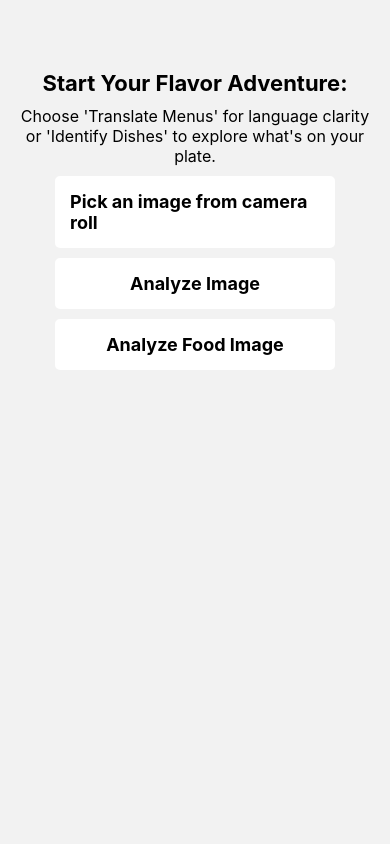
Repository: djdjdallas/taste-without-borders
Screen: /Home
An editor plug-in stored every save of this project. The screen is shown before and after the next save, followed by the edit.
The app was drawn by React Native's web renderer in a window 390 px wide. The project was rebuilt for these pictures with package versions that can differ from the ones it lists, and the page was loaded fresh each time.

Above is the screen before, as saved 2023-12-26 20:09:56.

After the next save:
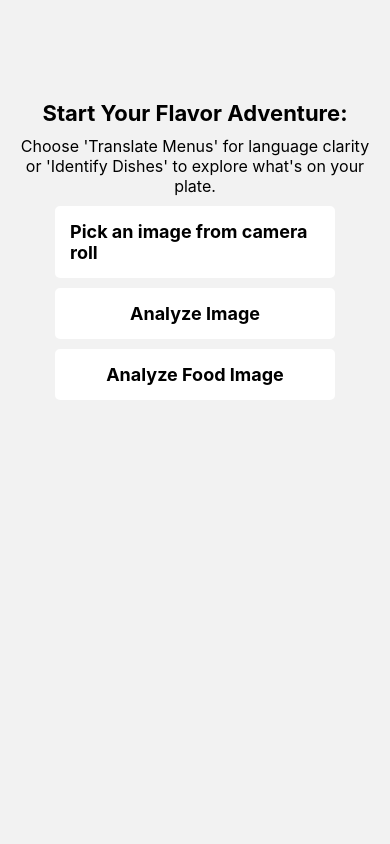
Saved 5 s later.
--- a/HomeScreen.js
+++ b/HomeScreen.js
@@ -206,7 +206,7 @@ const styles = StyleSheet.create({
   },
   textContainer: {
     alignItems: "left",
-    marginTop: 50,
+    marginTop: 80,
   },
   titleText: {
     fontSize: 22,
